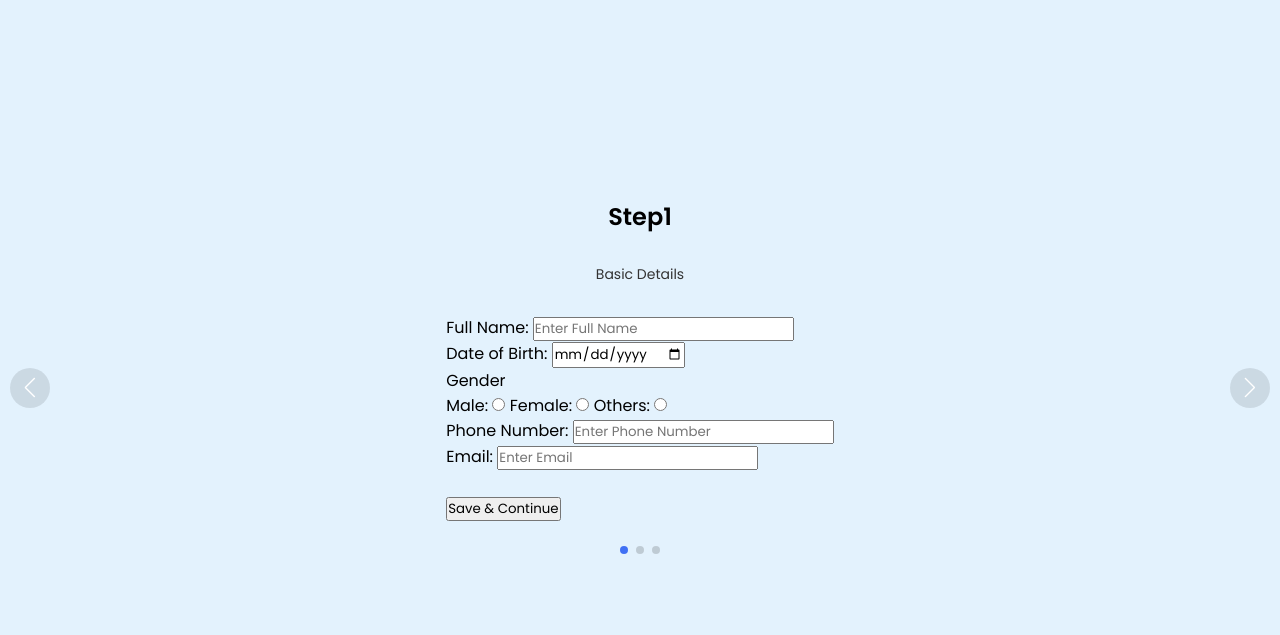
Repository: Habeebur1493/-22-multi-step-form
Page: index.html
The author's editor kept a copy of each file at every save. The page is drawn from the files as they stood at one save, then again after the next save.
The browser window is 1280 px wide. The pictures show the whole page.

Above is the page before, as saved 2024-10-13 13:12:41.

### index.html
<!DOCTYPE html>
<html lang="en">
  <head>
    <meta charset="UTF-8" />
    <meta http-equiv="X-UA-Compatible" content="IE=edge" />
    <meta name="viewport" content="width=device-width, initial-scale=1.0" />
    <title>Responsive Testimonial Slider</title>

    <!-- Swiper CSS -->
    <link rel="stylesheet" href="css/swiper-bundle.min.css" />

    <!-- CSS -->
    <link rel="stylesheet" href="css/style.css" />

    <!-- Boxicons CSS -->
    <link
      href="https://unpkg.com/boxicons@2.1.2/css/boxicons.min.css"
      rel="stylesheet"
    />
  </head>
  <body>
    <section class="container">
      <div class="testimonial mySwiper">
        <div class="testi-content swiper-wrapper">
          <div class="slide swiper-slide">
            <h1>Step1</h1>
            <p>Basic Details</p>
            <form action="">
              Full Name:
              <input type="text" placeholder="Enter Full Name" />
              <br>
              Date of Birth:
              <input type="date" placeholder="Date of Birth" />
              <br>
              Gender
              <br>
              Male:
              <input type="radio" name="Gender:" id="">
              Female:
              <input type="radio" name="Gender:" id="">
              Others:
              <input type="radio" name="Gender:" id="">
              <br>
              Phone Number:
              <input type="number" placeholder="Enter Phone Number" />
              <br>
              Email:
              <input type="email" placeholder="Enter Email" />
              <br>
              <br>
              <button type="save">Save & Continue</button>
            </form>
          </div>
          <div class="slide swiper-slide">
            <h1>Step2</h1>
            <p>Medical Fitness</p>
           <form action="">
              Height:
              <input type="number" placeholder="Enter Height" />
              <br>
              Weight:
              <input type="number" placeholder="Enter Weight" />
              <br>
              Blood Group:
              <select name="Blood Group" id="">
                <option value="A+">A+</option>
                <option value="A-">A-</option>
                <option value="B+">B+</option>
                <option value="B-">B-</option>
                <option value="AB+">AB+</option>
                <option value="AB-">AB-</option>
                <option value="O+">O+</option>
                <option value="O-">O-</option>
              </select>
              <br>
              Eye Power:
              <input type="range" min="0" max="100" step="10" value="50"  id="slider"/>
              <br>
              <br>
              <button type="save">Save & Continue</button>
           </form>
          </div>

          <div class="slide swiper-slide">

            <h1>Step3</h1>
            <p>Personal Details</p>
            <form action="">
              Address:
              <input type="text" placeholder="Enter Address" />
              <br>
              Pincode:
              <input type="number" placeholder="Enter Pincode" />
              <br>
              State:
              <select name="State" id="">
                <option value="Tamil Nadu">Tamil Nadu</option>
                <option value="Maharastra">Maharastra</option>
                <option value="Kerala">Kerala</option>
                <option value="Andra Pradesh">Andra Pradesh</option>
                <option value="Madhya Pradesh">Madhya Pradesh</option>
                <option value="Odisa">Odisa</option>
                <option value="Telengana">Telengana</option>
                <option value="Gujarat">Gujarat</option>
                <option value="Uttar Pradesh">Uttar Pradesh</option>
                <option value="Haryana">Haryana</option>
                <option value="Punjab">Punjab</option>
                <option value="Rajasthan">Rajasthan</option>
              </select>
              <br>
              City:
              <select name="City" id="">
                <option value="Chennai">Chennai</option>
                <option value="Madurai">Madurai</option>
                <option value="Trichy">Trichy</option>
                <option value="Coimbatore">Coimbatore</option>
                <option value="Salem">Salem</option>
                <option value="Nagercoil">Nagercoil</option>
                <option value="Vellore">Vellore</option>
                <option value="Kanchipuram">Kanchipuram</option>
                <option value="Tirunelveli">Tirunelveli</option>
              </select>
              <br>
              Feedback:
              <input type="text" placeholder="Enter Feedback" />
              <br>
              <br>
              <button type="save">Save & Continue</button>
            </form>
          </div>
        </div>
        <div class="swiper-button-next nav-btn"></div>
        <div class="swiper-button-prev nav-btn"></div>
        <div class="swiper-pagination"></div>
      </div>
    </section>

    <!-- Swiper JS -->
    <script src="js/swiper-bundle.min.js"></script>

    <!-- JavaScript -->
    <script src="js/script.js"></script>
  </body>
</html>

### css/style.css
/* Google Fonts - Poppins */
@import url("https://fonts.googleapis.com/css2?family=Poppins:wght@300;400;500;600&display=swap");

* {
  margin: 0;
  padding: 0;
  box-sizing: border-box;
  font-family: "Poppins", sans-serif;
}
.container {
  height: 100vh;
  width: 100%;
  display: flex;
  align-items: center;
  justify-content: center;
  background-color: #e3f2fd;
}
.testimonial{
  position: relative;
  max-width: 1400px;
  width: 100%;
  padding: 50px 0;
  overflow: hidden;
}

.testimonial .slide {
  display: flex;
  align-items: center;
  justify-content: center;
  flex-direction: column;
  row-gap: 30px;
  height: 100%;
  width: 100%;
}
.slide p {
  text-align: center;
  padding: 0 160px;
  font-size: 14px;
  font-weight: 400;
  color: #333;
}

.slide .quote-icon {
  font-size: 30px;
  color: #4070f4;
}
.slide .details {
  display: flex;
  flex-direction: column;
  align-items: center;
}
.details .name {
  font-size: 14px;
  font-weight: 600;
  color: #333;
}
.details .job {
  font-size: 12px;
  font-weight: 400;
  color: #333;
}
/* swiper button css */
.nav-btn {
  height: 40px;
  width: 40px;
  border-radius: 50%;
  transform: translateY(30px);
  background-color: rgba(0, 0, 0, 0.1);
  transition: 0.2s;
}
.nav-btn:hover {
  background-color: rgba(0, 0, 0, 0.2);
}
.nav-btn::after,
.nav-btn::before {
  font-size: 20px;
  color: #fff;
}
.swiper-pagination-bullet {
  background-color: rgba(0, 0, 0, 0.8);
}
.swiper-pagination-bullet-active {
  background-color: #4070f4;
}
@media screen and (max-width: 768px) {
  .slide p {
    padding: 0 20px;
  }
  .nav-btn {
    display: none;
  }
}

### js/script.js
var swiper = new Swiper(".mySwiper", {
  slidesPerView: 1,
  grabCursor: true,
  loop: true,
  pagination: {
    el: ".swiper-pagination",
    clickable: true,
  },
  navigation: {
    nextEl: ".swiper-button-next",
    prevEl: ".swiper-button-prev",
  },
});

Loaded but not shown: css/swiper-bundle.min.css (library); js/swiper-bundle.min.js (library)

After the next save:
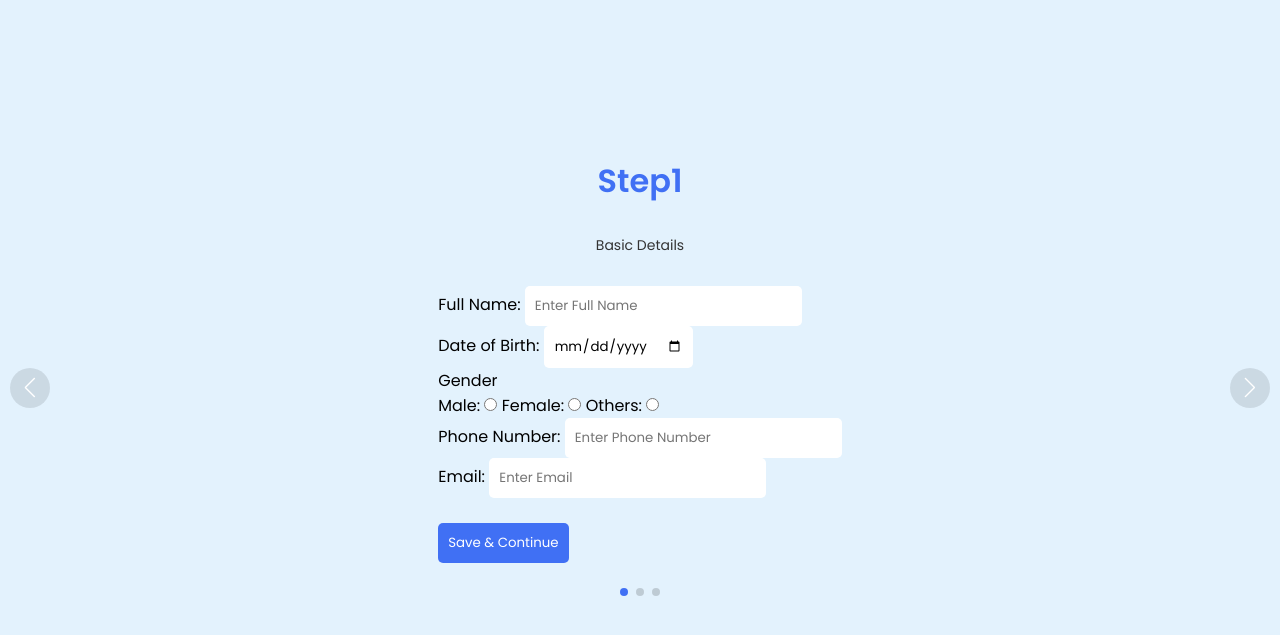
Saved 65 s later.
--- a/css/style.css
+++ b/css/style.css
@@ -39,6 +39,34 @@
   font-weight: 400;
   color: #333;
 }
+.slide h1 {
+  font-size: 32px;
+  font-weight: 600;
+  color: #4070f4;
+}
+
+.slide input {
+  padding: 10px;
+  border-radius: 5px;
+  border: none;
+  outline: none;
+}
+
+.slide button {
+  padding: 10px;
+  border-radius: 5px;
+  border: none;
+  outline: none;
+  background-color: #4070f4;
+  color: #fff;
+  cursor: pointer;
+  transition: 0.3s;
+}
+.slide button:hover {
+  background-color: #0e4bf1;
+}
+
+
 
 .slide .quote-icon {
   font-size: 30px;
